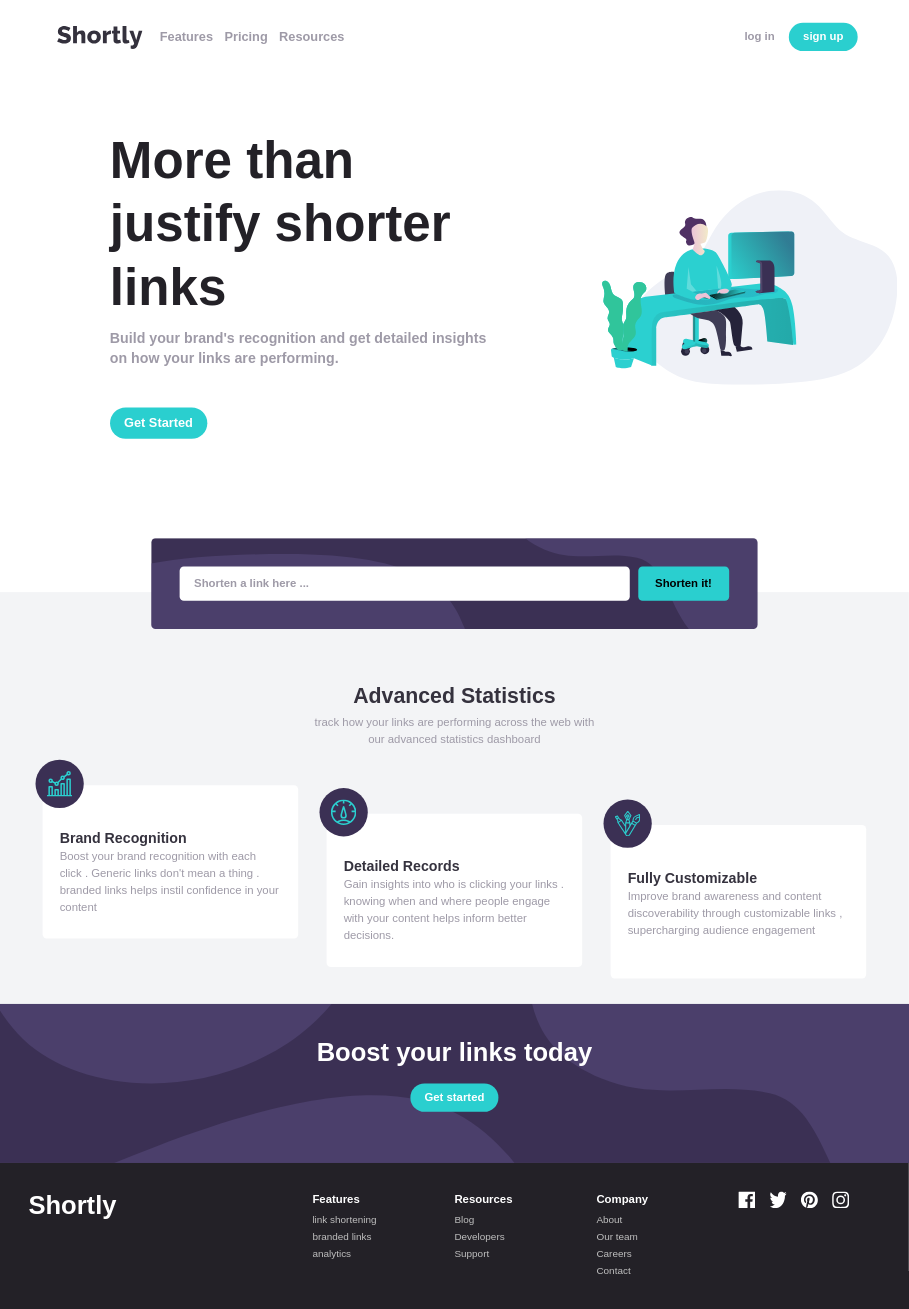
Repository: ayakhaled0001/URL_shortening
Page: /
The author's editor kept a copy of each file at every save. The page is drawn from the files as they stood at one save, then again after a run of saves.
The browser window is 1280 px wide. The pictures show the whole page, at 71% of full size.
The project was rebuilt for these pictures with package versions that can differ from the ones it lists, and the page was loaded fresh each time. Also part of the build but not shown: vite.config.js.

Above is the page before, as saved 2025-10-18 04:57:37.

### src/index.css
@import "tailwindcss";
@import url("https://fonts.googleapis.com/css2?family=Poppins:ital,wght@0,100;0,200;0,300;0,400;0,500;0,600;0,700;0,800;0,900;1,100;1,200;1,300;1,400;1,500;1,600;1,700;1,800;1,900&display=swap");

@theme {
  --font-poppins: "Poppins", sans-serif;
  /* ### Primary */

  --color-Blue-400: hsl(180, 66%, 49%);
  --color-Purple-950: hsl(257, 27%, 26%);

  /* ### Secondary */

  --Red-400: hsl(0, 87%, 67%);

  /* ### Neutral */

  --color-Gray-400: hsl(0, 0%, 75%);
  --color-Gray-500: hsl(257, 7%, 63%);
  --color-Gray-900: hsl(255, 11%, 22%);
  --color-Gray-950: hsl(260, 8%, 14%);
}

### src/App.jsx
import { Provider } from "react-redux";
import AdvancedStatistics from "./components/AdvancedStatistics";
import Footer from "./components/Footer";
import Header from "./components/Header";
import Hero from "./components/Hero";
import Nav from "./components/Nav";
import Shorten from "./components/Shorten";
import store from "./features/store";

function App() {
  return (
    <Provider store={store}>
      <Nav />
      <Hero />
      <Shorten />
      <AdvancedStatistics />
      <Header />
      <Footer />
    </Provider>
  );
}

export default App;

### src/components/AdvancedStatistics.jsx
function AdvancedStatistics() {
  return (
    <section className="font-poppins pt-16 md:pt-20 lg:pt-25 py-12 md:py-15 bg-gray-100">
      <div className="w-11/12 md:w-4/6 lg:w-4/12 mx-auto text-center py-5 px-4">
        <h1 className="text-2xl md:text-3xl lg:text-3xl py-2 text-Gray-900 font-bold">
          Advanced Statistics
        </h1>
        <p className="text-Gray-500 text-sm md:text-base lg:text-base">
          track how your links are performing across the web with our advanced
          statistics dashboard
        </p>
      </div>
      <div className="flex flex-col xl:flex-row xl:flex-wrap justify-center gap-6 md:gap-8 xl:gap-10 my-8 px-4">
        <div className="w-full md:w-80 xl:w-90 bg-white rounded-md px-6 pt-15 pb-8 relative z-10 mx-auto md:mx-0">
          <div className="absolute -top-9 left-1/2 transform -translate-x-1/2 md:left-6 md:transform-none inline-block bg-Purple-950 p-4 rounded-full">
            <img src="images/icon-brand-recognition.svg" className="w-9" />
          </div>

          <h1 className="text-lg md:text-xl font-bold text-Gray-900 text-center md:text-left">
            Brand Recognition
          </h1>
          <p className="text-Gray-500 text-sm md:text-base text-center md:text-left">
            Boost your brand recognition with each click . Generic links don't
            mean a thing . branded links helps instil confidence in your content
          </p>
        </div>
        <div className="w-full md:w-80 xl:w-90 translate-y-0 xl:translate-y-10 bg-white rounded-md px-6 pt-15 pb-8 relative mx-auto md:mx-0">
          <div className="absolute -top-9 left-1/2 transform -translate-x-1/2 md:left-6 md:transform-none inline-block bg-Purple-950 p-4 rounded-full">
            <img src="images/icon-detailed-records.svg" className="w-9" />
          </div>

          <h1 className="text-lg md:text-xl font-bold text-Gray-900 text-center md:text-left">
            Detailed Records
          </h1>
          <p className="text-Gray-500 text-sm md:text-base text-center md:text-left">
            Gain insights into who is clicking your links . knowing when and
            where people engage with your content helps inform better decisions.
          </p>
        </div>
        <div className="w-full md:w-80 xl:w-90 translate-y-0 xl:translate-y-14 bg-white rounded-md px-6 pt-15 pb-8 relative mx-auto md:mx-0">
          <div className="absolute -top-9 left-1/2 transform -translate-x-1/2 md:left-6 md:transform-none inline-block bg-Purple-950 p-4 rounded-full">
            <img src="images/icon-fully-customizable.svg" className="w-9" />
          </div>

          <h1 className="text-lg md:text-xl font-bold text-Gray-900 text-center md:text-left">
            Fully Customizable
          </h1>
          <p className="text-Gray-500 text-sm md:text-base text-center md:text-left">
            Improve brand awareness and content discoverability through
            customizable links , supercharging audience engagement
          </p>
        </div>
      </div>
    </section>
  );
}

export default AdvancedStatistics;

### src/components/Footer.jsx
function Footer() {
  return (
    <footer className="p-6 md:p-8 lg:p-10 text-Gray-400 font-poppins bg-Gray-950 grid grid-cols-1 md:grid-cols-2 lg:grid-cols-[2fr_1fr_1fr_1fr_1fr] gap-6 md:gap-8 lg:gap-0">
      <div className="text-center md:text-left lg:col-span-1">
        <span className="font-bold text-3xl md:text-4xl text-white">
          Shortly
        </span>
      </div>
      <div className="grid grid-cols-1 md:grid-cols-3 lg:grid-cols-4 gap-6 md:gap-8 lg:gap-0 lg:col-span-4">
        <ul className="text-center md:text-left">
          <p className="text-white mb-2 md:mb-1.5 font-semibold text-sm md:text-base">
            Features
          </p>
          <li className="text-xs md:text-sm mb-1">link shortening</li>
          <li className="text-xs md:text-sm mb-1">branded links</li>
          <li className="text-xs md:text-sm mb-1">analytics</li>
        </ul>
        <ul className="text-center md:text-left">
          <p className="text-white mb-2 md:mb-1.5 font-semibold text-sm md:text-base">
            Resources
          </p>
          <li className="text-xs md:text-sm mb-1">Blog</li>
          <li className="text-xs md:text-sm mb-1">Developers</li>
          <li className="text-xs md:text-sm mb-1">Support</li>
        </ul>
        <ul className="text-center md:text-left">
          <p className="text-white mb-2 md:mb-1.5 font-semibold text-sm md:text-base">
            Company
          </p>
          <li className="text-xs md:text-sm mb-1">About</li>
          <li className="text-xs md:text-sm mb-1">Our team</li>
          <li className="text-xs md:text-sm mb-1">Careers</li>
          <li className="text-xs md:text-sm mb-1">Contact</li>
        </ul>
        <ul className="flex justify-center md:justify-start gap-4 md:gap-5">
          <li>
            <a href="#" className="hover:opacity-70 transition-opacity">
              <img
                src="images/icon-facebook.svg"
                alt="Facebook"
                className="w-5 h-5 md:w-6 md:h-6"
              />
            </a>
          </li>
          <li>
            <a href="#" className="hover:opacity-70 transition-opacity">
              <img
                src="images/icon-twitter.svg"
                alt="Twitter"
                className="w-5 h-5 md:w-6 md:h-6"
              />
            </a>
          </li>
          <li>
            <a href="#" className="hover:opacity-70 transition-opacity">
              <img
                src="images/icon-pinterest.svg"
                alt="Pinterest"
                className="w-5 h-5 md:w-6 md:h-6"
              />
            </a>
          </li>
          <li>
            <a href="#" className="hover:opacity-70 transition-opacity">
              <img
                src="images/icon-instagram.svg"
                alt="Instagram"
                className="w-5 h-5 md:w-6 md:h-6"
              />
            </a>
          </li>
        </ul>
      </div>
    </footer>
  );
}

export default Footer;

### src/components/Header.jsx
function Header() {
  return (
    <header className="font-poppins flex flex-col items-center justify-center py-8 md:py-10 lg:py-12 bg-Purple-950 bg-[url(images/bg-boost-mobile.svg)] md:bg-[url(images/bg-boost-desktop.svg)] bg-no-repeat bg-cover px-4">
      <h1 className="text-white font-bold text-2xl md:text-3xl lg:text-4xl text-center">
        Boost your links today
      </h1>
      <button className="my-4 md:my-5 lg:my-6 cursor-pointer font-semibold bg-Blue-400 text-white px-6 py-3 md:px-5 md:py-2 rounded-full active:bg-[#2ACFCF80] text-sm md:text-base">
        Get started
      </button>
    </header>
  );
}

export default Header;

### src/components/Hero.jsx
function Hero() {
  return (
    <main className="font-poppins flex flex-col lg:flex-row items-center px-4 py-8 md:py-12 lg:py-16">
      <div className="order-2 lg:order-1 w-full lg:w-4/6 mx-auto text-center lg:text-left">
        <div className="w-full lg:w-4/6 mx-auto">
          <h1 className="my-3 text-4xl md:text-5xl lg:text-7xl font-bold text-Gray-950 leading-tight">
            More than justify shorter links
          </h1>
          <p className="text-Gray-500 font-semibold text-base md:text-lg lg:text-xl mb-6 lg:mb-8">
            Build your brand's recognition and get detailed insights on how your
            links are performing.
          </p>
          <button className="my-6 cursor-pointer font-semibold bg-Blue-400 text-white px-6 py-3 md:px-8 md:py-3 lg:px-5 lg:py-2 rounded-full active:bg-[#2ACFCF80] text-base md:text-lg">
            Get Started
          </button>
        </div>
      </div>
      <div className="order-1 lg:order-2 w-full lg:w-2/6 flex justify-center lg:justify-end">
        <img
          src="images/illustration-working.svg"
          alt="Working illustration"
          className="w-full max-w-md lg:max-w-none h-auto"
        />
      </div>
    </main>
  );
}

export default Hero;

### src/components/Nav.jsx
function Nav() {
  return (
    <nav className="font-poppins flex justify-between py-4 px-4 md:py-6 md:px-8 lg:py-8 lg:px-18 text-Gray-500 font-semibold text-sm md:text-base lg:text-lg">
      <div className="flex gap-2 md:gap-4 w-3/6 items-center">
        <img src="images/logo.svg" alt="logo" className="mx-1 md:mx-2" />
        <ul className="hidden md:flex gap-2 lg:gap-4">
          <li>
            <a href="">Features</a>
          </li>
          <li>
            <a href="">Pricing</a>
          </li>
          <li>
            <a href="">Resources</a>
          </li>
        </ul>
      </div>
      <div className="flex gap-2 md:gap-3 lg:gap-5 items-center">
        <button className="cursor-pointer font-semibold text-sm md:text-base">
          log in
        </button>
        <button className="cursor-pointer font-semibold bg-Blue-400 text-white px-3 py-1.5 md:px-4 md:py-1.5 lg:px-5 lg:py-2 rounded-full active:bg-[#2ACFCF80] text-sm md:text-base">
          sign up
        </button>
      </div>
    </nav>
  );
}

export default Nav;

### src/components/Shorten.jsx
import { useRef, useState } from "react";
import { useDispatch, useSelector } from "react-redux";
import { shortenURL } from "../features/URLthunks";

function Shorten() {
  const { listOfShortenURL, loading, error } = useSelector(
    (state) => state.URLShortening
  );
  const [copyStates, setCopyStates] = useState({}); // Track state per URL
  const [input, setInput] = useState("");
  const dispatch = useDispatch();
  const timeRefs = useRef({}); // Multiple timeouts for multiple URLs

  const copyToClipboard = async (text, urlId) => {
    try {
      await navigator.clipboard.writeText(text);

      // Set copy success for this specific URL
      setCopyStates((prev) => ({
        ...prev,
        [urlId]: "Copied!",
      }));

      // Clear previous timeout for this URL if exists
      if (timeRefs.current[urlId]) {
        clearTimeout(timeRefs.current[urlId]);
      }

      // Set new timeout for this specific URL
      timeRefs.current[urlId] = setTimeout(() => {
        setCopyStates((prev) => ({
          ...prev,
          [urlId]: "",
        }));
      }, 2000);
    } catch (err) {
      setCopyStates((prev) => ({
        ...prev,
        [urlId]: "Failed to copy!",
      }));
      console.error("Failed to copy: ", err);
    }
  };

  function handleShortening() {
    if (!input.trim()) return;
    dispatch(shortenURL(input));
    setInput("");
  }

  return (
    <>
      <section className="font-poppins bg-no-repeat bg-cover bg-[url(images/bg-shorten-mobile.svg)] md:bg-[url(images/bg-shorten-desktop.svg)] flex flex-col md:flex-row gap-3 translate-y-13 w-11/12 md:w-10/12 lg:w-8/12 mx-auto p-4 md:p-6 lg:p-10 bg-Purple-950 rounded-md">
        <input
          value={input}
          onChange={(e) => setInput(e.target.value)}
          type="text"
          className="placeholder:text-Gray-500 placeholder:font-semibold w-full outline-none bg-white rounded-md px-4 py-3 md:px-5 text-sm md:text-base"
          placeholder={loading ? "loading ...." : "Shorten a link here ..."}
          disabled={loading}
        />
        <button
          onClick={handleShortening}
          className="text-nowrap bg-Blue-400 px-6 py-3 md:py-2 rounded-md text-sm md:text-base font-semibold">
          Shorten it!
        </button>
      </section>
      <div className="translate-y-17 w-11/12 md:w-10/12 lg:w-8/12 mx-auto">
        {listOfShortenURL.map((e, i) => (
          <div
            key={i}
            className="flex flex-col md:flex-row my-1 shadow-2xl items-start md:items-center bg-white rounded-md justify-between p-3 md:p-4">
            <p className="overflow-ellipsis overflow-hidden px-2 font-semibold text-sm md:text-base w-full md:w-auto border-b md:border-b-0 border-gray-200 md:border-0 pb-2 md:pb-0 mb-2 md:mb-0">
              {e.original}
            </p>
            <div className="flex flex-col md:flex-row items-start md:items-center gap-2 w-full md:w-auto">
              <p className="text-Blue-400 text-sm md:text-base">{e.short}</p>
              <button
                className={`px-4 py-2 rounded-md text-sm md:text-base font-semibold w-full md:w-auto ${
                  copyStates[i]
                    ? "bg-Purple-950 text-white"
                    : "bg-Blue-400 text-white"
                }`}
                onClick={() => copyToClipboard(e.short, i)}>
                {copyStates[i] ? "Copied!" : "Copy"}
              </button>
            </div>
          </div>
        ))}
      </div>
    </>
  );
}

export default Shorten;

### src/features/store.js
import { configureStore } from "@reduxjs/toolkit";
import URLReducer from "./URLslice";

const store = configureStore({
  reducer: {
    URLShortening: URLReducer,
  },
});

export default store;

### src/features/URLthunks.js
import { createAsyncThunk } from "@reduxjs/toolkit";
import axios from "axios";

const API_KEY = "uFH8UIuk0R0OiyF8U5ldFsbpgMrSuiBCXwnNHSpR1sD7lADje9zKeCjq7IOx";
const BASE_URL = "https://api.tinyurl.com/";
export const shortenURL = createAsyncThunk(
  "urls/shortenUrl",
  async (originalUrl, { rejectWithValue }) => {
    try {
      const res = await axios.post(
        "https://api.tinyurl.com/create",
        { url: originalUrl }, // 👈 URL-encoded form data
        {
          headers: {
            "Content-Type": "application/json",
            Authorization: `Bearer ${API_KEY}`,
          },
        }
      );
      return { originalUrl, short: res.data.data.tiny_url };
    } catch (err) {
      return rejectWithValue(err.response?.data || "something went wrong");
    }
  }
);

### src/features/URLslice.js
import { createSlice } from "@reduxjs/toolkit";
import { shortenURL } from "./URLthunks";

export const initialState = {
  loading: false,
  error: null,
  listOfShortenURL: [],
};
const URLSlice = createSlice({
  name: "URLShortening",
  initialState,
  reducers: {},
  extraReducers: (builder) => {
    builder
      .addCase(shortenURL.pending, (state) => {
        state.loading = true;
        state.error = null;
      })
      .addCase(shortenURL.fulfilled, (state, action) => {
        state.loading = false;
        const { originalUrl, short } = action.payload;
        state.listOfShortenURL.push({
          original: originalUrl,
          short: short,
        });
        state.error = null;
      })
      .addCase(shortenURL.rejected, (state, action) => {
        state.loading = false;
        state.error = action.payload || "something went wrong";
      });
  },
});

export default URLSlice.reducer;

Loaded but not shown: index.html (common file); src/main.jsx (common file)

After the next 2 saves:
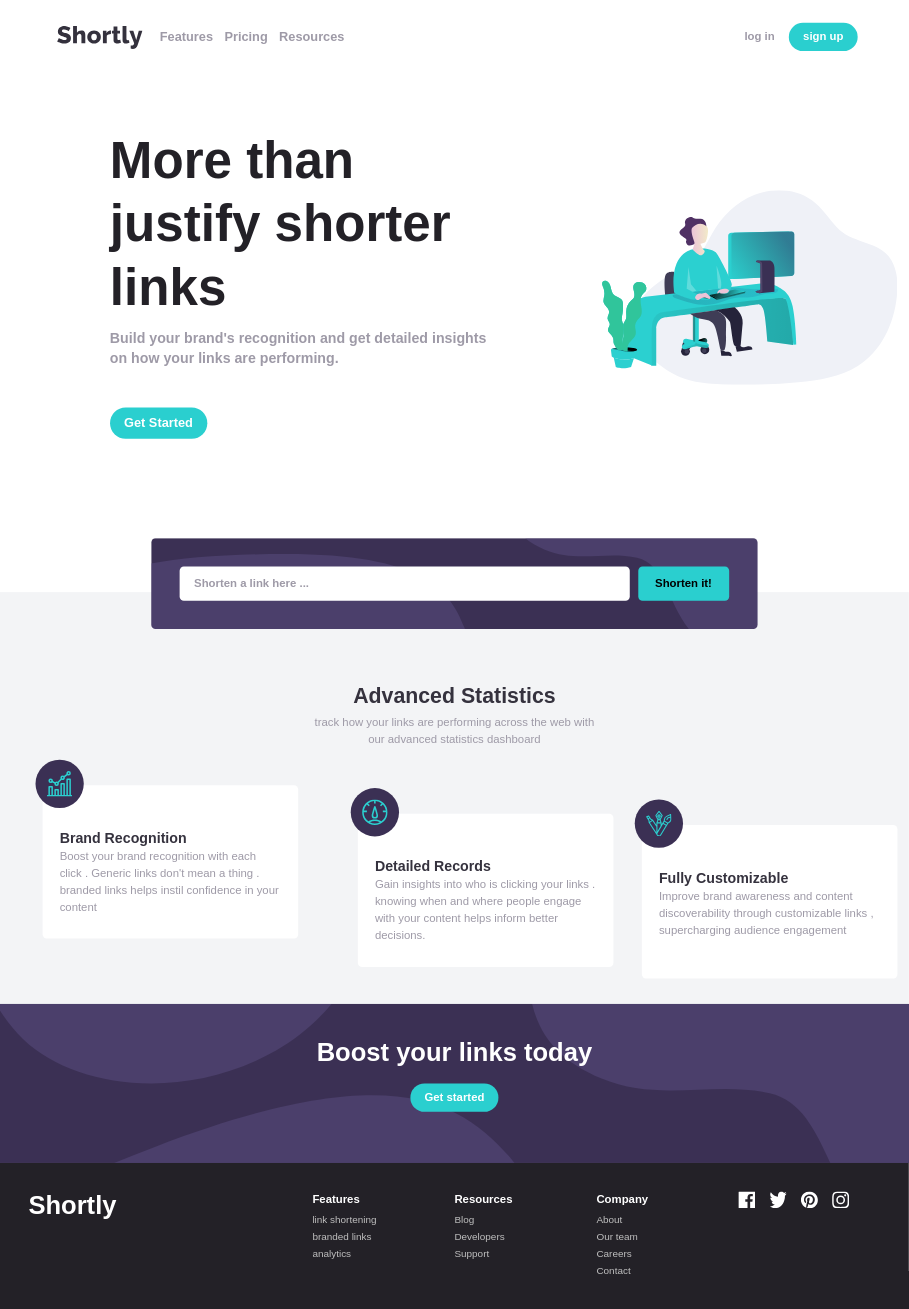
The 2 saves are shown as one change because they came seconds apart.
The last was saved 2 min 31 s later.
--- a/src/components/AdvancedStatistics.jsx
+++ b/src/components/AdvancedStatistics.jsx
@@ -10,8 +10,8 @@ function AdvancedStatistics() {
           statistics dashboard
         </p>
       </div>
-      <div className="flex flex-col xl:flex-row xl:flex-wrap justify-center gap-6 md:gap-8 xl:gap-10 my-8 px-4">
-        <div className="w-full md:w-80 xl:w-90 bg-white rounded-md px-6 pt-15 pb-8 relative z-10 mx-auto md:mx-0">
+      <div className="flex flex-col xl:flex-row xl:flex-wrap justify-center items-center xl:items-stretch gap-6 md:gap-8 xl:gap-10 my-8 px-4">
+        <div className="w-full max-w-sm md:max-w-md xl:w-90 bg-white rounded-md px-6 pt-15 pb-8 relative z-10 mx-auto">
           <div className="absolute -top-9 left-1/2 transform -translate-x-1/2 md:left-6 md:transform-none inline-block bg-Purple-950 p-4 rounded-full">
             <img src="images/icon-brand-recognition.svg" className="w-9" />
           </div>
